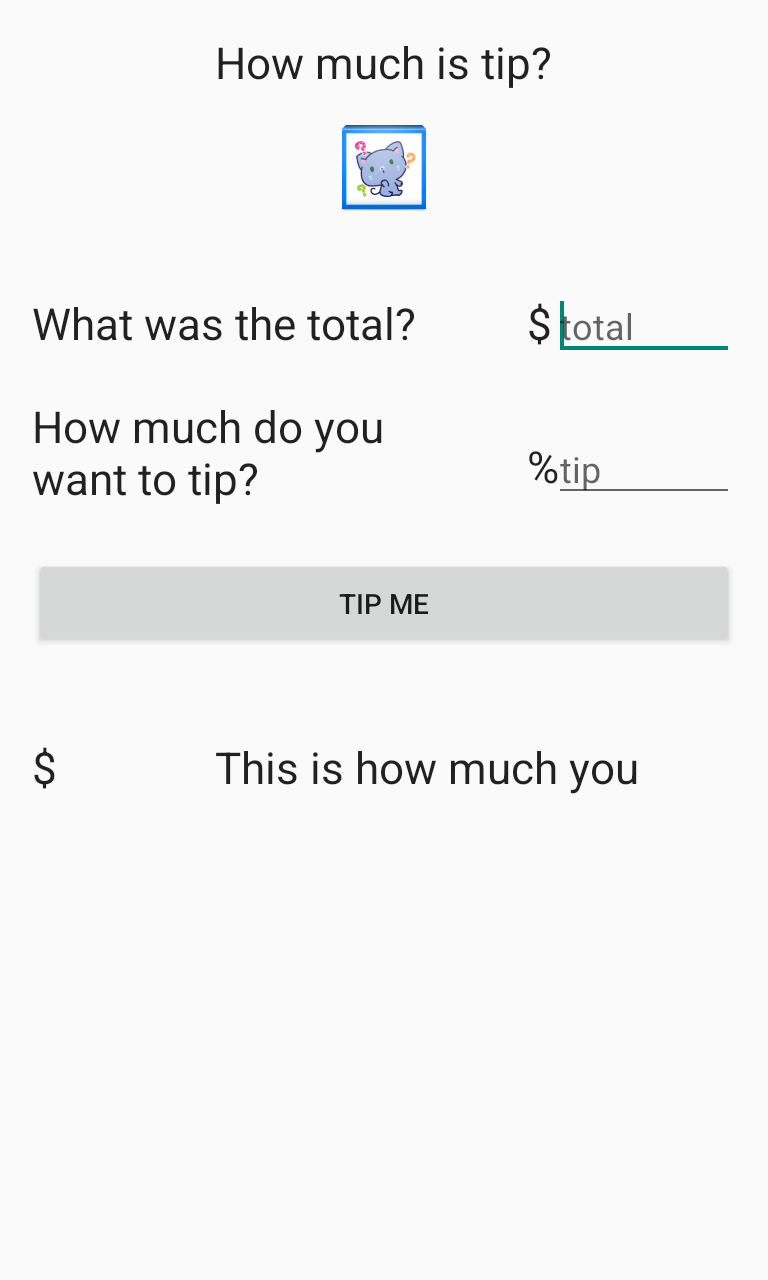
Repository: any027/BillHelper
Layout: BillHelper/res/layout/how_much_tip.xml
An editor plug-in stored every save of this project. The layout is shown before and after the next save, followed by the edit.
It is drawn on a 768 x 1280 px phone screen (xhdpi) without system bars, with theme AppTheme; the app's code is not run.

Above is the layout before, as saved 2015-06-29 09:54:46.

### BillHelper/res/layout/how_much_tip.xml

<RelativeLayout xmlns:android="http://schemas.android.com/apk/res/android"
    xmlns:tools="http://schemas.android.com/tools"
    android:layout_width="match_parent"
    android:layout_height="match_parent"
    android:paddingBottom="@dimen/activity_vertical_margin"
    android:paddingLeft="@dimen/activity_horizontal_margin"
    android:paddingRight="@dimen/activity_horizontal_margin"
    android:paddingTop="@dimen/activity_vertical_margin"
    tools:context="com.example.billhelper.MainActivity$PlaceholderFragment" >

    <TextView
        android:id="@+id/howMuchTitle"
        android:layout_width="wrap_content"
        android:layout_height="wrap_content"
        android:layout_centerHorizontal="true"
        android:text="@string/do_i_tip"
        android:textAppearance="?android:attr/textAppearanceLarge" />

    <ImageView
        android:id="@+id/how_much_pic"
        android:layout_width="wrap_content"
        android:layout_height="wrap_content"
        android:layout_below="@+id/howMuchTitle"
        android:layout_centerHorizontal="true"
        android:layout_marginTop="14dp"
        android:src="@drawable/how_much_tip" />

    <EditText
        android:id="@+id/how_much_total"
        android:layout_width="wrap_content"
        android:layout_height="wrap_content"
        android:layout_below="@+id/how_much_pic"
        android:layout_marginTop="33dp"
        android:layout_toRightOf="@+id/howMuchTitle"
        android:ems="10"
        android:hint="total"
        android:inputType="numberDecimal" >

        <requestFocus />
    </EditText>

    <TextView
        android:id="@+id/dollarSign"
        android:layout_width="wrap_content"
        android:layout_height="wrap_content"
        android:layout_alignBaseline="@+id/how_much_total"
        android:layout_alignBottom="@+id/how_much_total"
        android:layout_toLeftOf="@+id/how_much_total"
        android:text="$"
        android:textAppearance="?android:attr/textAppearanceLarge" />

    <TextView
        android:id="@+id/billQuestion"
        android:layout_width="wrap_content"
        android:layout_height="wrap_content"
        android:layout_alignBaseline="@+id/dollarSign"
        android:layout_alignBottom="@+id/dollarSign"
        android:layout_alignParentLeft="true"
        android:text="@string/bill_total"
        android:textAppearance="?android:attr/textAppearanceLarge" />

    <TextView
        android:id="@+id/how_much_question"
        android:layout_width="wrap_content"
        android:layout_height="wrap_content"
        android:layout_alignLeft="@+id/billQuestion"
        android:layout_alignRight="@+id/billQuestion"
        android:layout_below="@+id/how_much_total"
        android:layout_marginTop="16dp"
        android:text="@string/percent_tip"
        android:textAppearance="?android:attr/textAppearanceLarge" />

    <EditText
        android:id="@+id/tipEnter"
        android:layout_width="wrap_content"
        android:layout_height="wrap_content"
        android:layout_alignBottom="@+id/how_much_question"
        android:layout_alignLeft="@+id/how_much_total"
        android:layout_alignParentRight="true"
        android:ems="10"
        android:inputType="number"
        android:hint="tip" />

    <TextView
        android:id="@+id/percentSign"
        android:layout_width="wrap_content"
        android:layout_height="wrap_content"
        android:layout_alignBaseline="@+id/tipEnter"
        android:layout_alignBottom="@+id/tipEnter"
        android:layout_alignLeft="@+id/dollarSign"
        android:text="%"
        android:textAppearance="?android:attr/textAppearanceLarge" />

    <Button
        android:id="@+id/figureOutTip"
        android:layout_width="wrap_content"
        android:layout_height="wrap_content"
        android:layout_alignLeft="@+id/how_much_question"
        android:layout_alignRight="@+id/tipEnter"
        android:layout_below="@+id/how_much_question"
        android:layout_marginTop="24dp"
        android:text="TIP ME"
        android:onClick="howMuchTipCalculation"
        />

    <TextView
        android:id="@+id/percentSign2"
        android:layout_width="wrap_content"
        android:layout_height="wrap_content"
        android:layout_alignLeft="@+id/figureOutTip"
        android:layout_below="@+id/figureOutTip"
        android:layout_marginTop="43dp"
        android:text="$"
        android:textAppearance="?android:attr/textAppearanceLarge" />

    <TextView
        android:id="@+id/finalTip"
        android:layout_width="wrap_content"
        android:layout_height="wrap_content"
        android:layout_alignBottom="@+id/percentSign2"
        android:layout_alignLeft="@+id/howMuchTitle"
        android:layout_alignRight="@+id/figureOutTip"
        android:layout_alignTop="@+id/percentSign2"
        android:text="This is how much you should tip"
        android:textAppearance="?android:attr/textAppearanceLarge"
         />


</RelativeLayout>

### BillHelper/res/values/strings.xml
<?xml version="1.0" encoding="utf-8"?>
<resources>

    <string name="app_name">Bill helper</string>
    <string name="title_section1">Home Screen</string>
    <string name="title_section2">How much do I tip?</string>
    <string name="title_section3">How much did I tip?</string>
    <string name="title_section4">I want to split the Bill</string>
    <string name="navigation_drawer_open">Open navigation drawer</string>
    <string name="navigation_drawer_close">Close navigation drawer</string>
    <string name="action_example">Example action</string>
    <string name="action_settings">Settings</string>
    <string name="welcome">Welcome to Bill Helper!</string>
    <string name="welcome_question">What do you need help with?</string>
    <string name="did_i_tip">How much did I tip?</string>
    <string name="do_i_tip">How much is tip?</string>
    <string name="splitting">I want to split the bill</string>
    <string name="bill_total">What was the total?</string>
    <string name="percent_tip">How much do you want to tip?</string>

</resources>

Loaded but not shown: BillHelper/res/values/styles.xml (common file); BillHelper/res/values-v11/styles.xml (common file); BillHelper/res/values-v14/styles.xml (common file); BillHelper/res/values/dimens.xml (common file); BillHelper/res/values-w820dp/dimens.xml (common file)

After the next save:
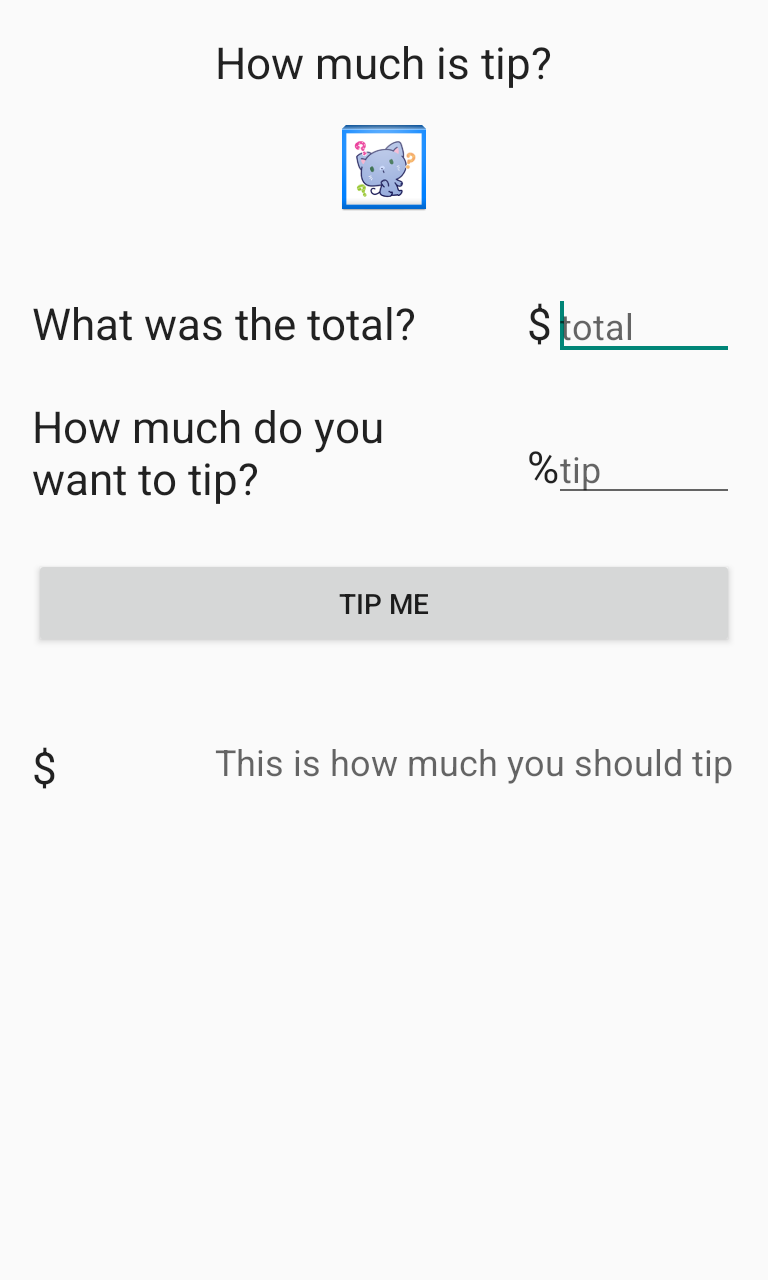
Saved 31 s later.
--- a/BillHelper/res/layout/how_much_tip.xml
+++ b/BillHelper/res/layout/how_much_tip.xml
@@ -123,7 +123,7 @@
         android:layout_alignRight="@+id/figureOutTip"
         android:layout_alignTop="@+id/percentSign2"
         android:text="This is how much you should tip"
-        android:textAppearance="?android:attr/textAppearanceLarge"
+        android:textAppearance="?android:attr/textAppearanceMedium"
          />
 
 
